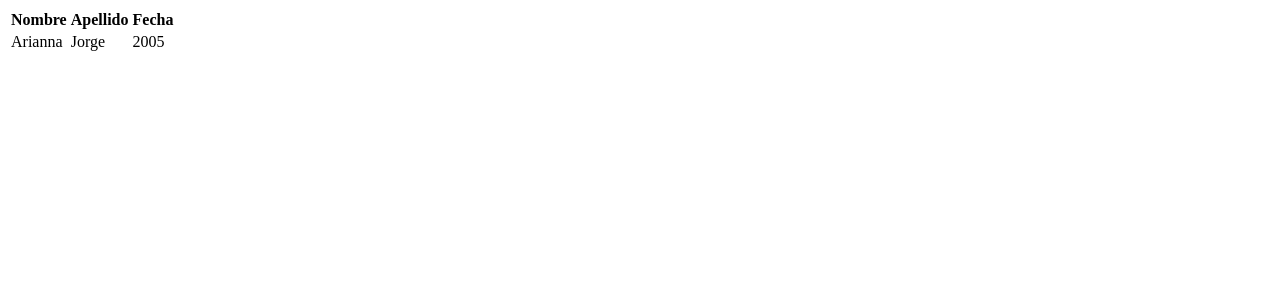
Repository: Arito05/Mi-primer-Repositorio
Page: dia2/intex3.html
These files come from the project's save history. The page is drawn as it stood at one moment and after the next save; the edit follows.
The browser window is 1280 px wide. The pictures show the whole page.

Above is the page before, as saved 2024-07-18 11:14:01.

### dia2/intex3.html
<!DOCTYPE html>
<html lang="en">
  <head>
    <meta charset="UTF-8" />
    <meta name="viewport" content="width=, initial-scale=1.0" />
    <title>Document</title>
    <style>
      tr, t
    </style>
  </head>
  <body>
    <table>
      <tr>
        <th>Nombre</th>
        <th>Apellido</th>
        <th>Fecha</th>
      </tr>
      <tr>
        <td>Arianna</td>
        <td>Jorge</td>
        <td>2005</td>
      </tr>
    </table>
  </body>
</html>

After the next save:
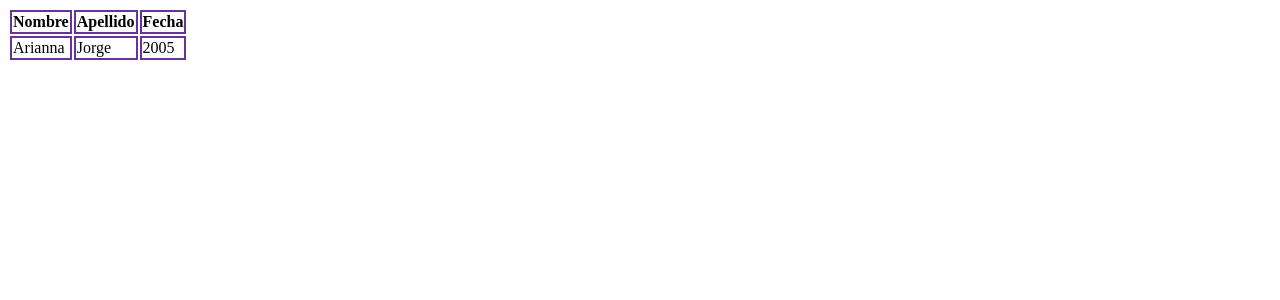
Saved 109 s later.
--- a/dia2/intex3.html
+++ b/dia2/intex3.html
@@ -5,7 +5,12 @@
     <meta name="viewport" content="width=, initial-scale=1.0" />
     <title>Document</title>
     <style>
-      tr, t
+      tr,
+      th,
+      td {
+        border: 2px solid rebeccapurple;
+        border-collapse: ;
+      }
     </style>
   </head>
   <body>
